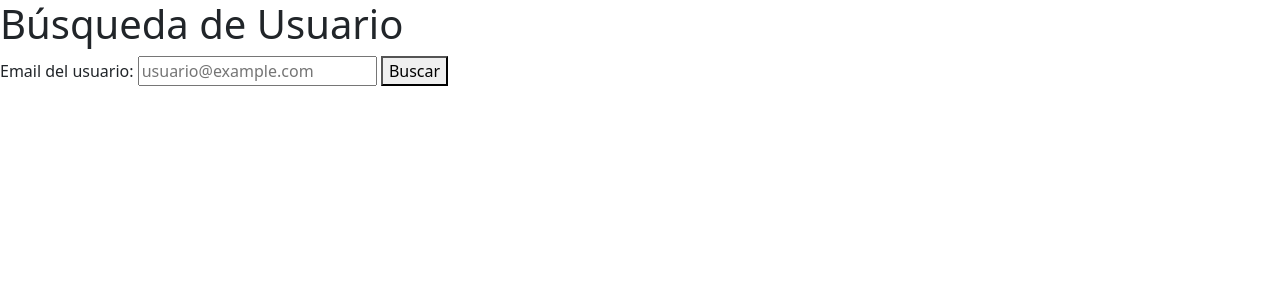
Repository: osoriomrs/DWEC
Page: EJER_12/EJER_02/index.html
An editor plug-in stored every save of this project. The page is shown before and after the next save, followed by the edit.
The browser window is 1280 px wide. The pictures show the whole page.

Above is the page before, as saved 2026-01-14 11:07:39.

### EJER_12/EJER_02/index.html
<!DOCTYPE html>
<html lang="es">
<head>
  <meta charset="UTF-8">
  <meta name="viewport" content="width=device-width, initial-scale=1.0">
  <title>Búsqueda de Usuario y Pedidos</title>
  <link href="https://cdn.jsdelivr.net/npm/bootstrap@5.3.2/dist/css/bootstrap.min.css" rel="stylesheet">
</head>
<body>
  <h1>Búsqueda de Usuario</h1>

  <form id="formBusqueda">
    <label>Email del usuario:</label>
    <input type="text" id="emailInput" placeholder="usuario@example.com">
    <button type="submit">Buscar</button>
  </form>

  <p id="estado"></p>
  <div id="resultados"></div>

  <script src="scripts/app.js"></script>
</body>
</html>

### EJER_12/EJER_02/scripts/app.js
const form = document.getElementById("formBusqueda");
const emailInput = document.getElementById("emailInput");
const resultados = document.getElementById("resultados");
const estado = document.getElementById("estado");

form.addEventListener("submit", async e => {
  e.preventDefault();
  resultados.innerHTML = "";
  estado.textContent = "Buscando...";

  const email = emailInput.value.trim();
  if (!email || !email.includes("@")) {
    estado.textContent = "Email no válido";
    return;
  }

  try {
    const resUsuarios = await fetch("data/usuarios.json");
    const usuarios = await resUsuarios.json();
    const usuario = usuarios.find(u => u.email === email);

    if (!usuario) {
      estado.textContent = "Usuario no encontrado";
      return;
    }

    const resPedidos = await fetch("data/pedidos.json");
    const pedidos = await resPedidos.json();
    const pedidosUsuario = pedidos.filter(p => p.usuarioId === usuario.id);

    estado.textContent = "";

    let html = `
      <h3>${usuario.nombre}</h3>
      <p>Fecha registro: ${usuario.fechaRegistro}</p>
      <h4>Pedidos</h4>
    `;

    if (pedidosUsuario.length === 0) {
      html += "<p>Este usuario no tiene pedidos</p>";
    } else {
      html += "<ul>";
      pedidosUsuario.forEach(p => {
        html += `<li>Pedido ${p.id} - ${p.fecha} - ${p.estado}</li>`;
      });
      html += "</ul>";
    }

    resultados.innerHTML = html;
  } catch {
    estado.textContent = "Error al cargar datos";
  }
});

After the next save:
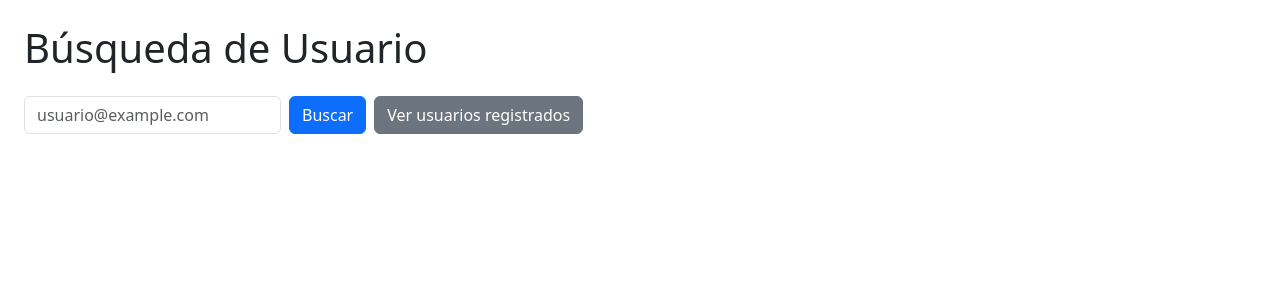
Saved 6 days later.
--- a/EJER_12/EJER_02/index.html
+++ b/EJER_12/EJER_02/index.html
@@ -6,16 +6,23 @@
   <title>Búsqueda de Usuario y Pedidos</title>
   <link href="https://cdn.jsdelivr.net/npm/bootstrap@5.3.2/dist/css/bootstrap.min.css" rel="stylesheet">
 </head>
-<body>
-  <h1>Búsqueda de Usuario</h1>
+<body class="p-4">
 
-  <form id="formBusqueda">
-    <label>Email del usuario:</label>
-    <input type="text" id="emailInput" placeholder="usuario@example.com">
-    <button type="submit">Buscar</button>
+  <h1 class="mb-4">Búsqueda de Usuario</h1>
+
+  <form id="formBusqueda" class="mb-3 row g-2">
+    <div class="col-auto">
+      <input type="text" id="emailInput" class="form-control" placeholder="usuario@example.com">
+    </div>
+    <div class="col-auto">
+      <button type="submit" class="btn btn-primary">Buscar</button>
+    </div>
+    <div class="col-auto">
+      <button type="button" id="btnUsuarios" class="btn btn-secondary">Ver usuarios registrados</button>
+    </div>
   </form>
 
-  <p id="estado"></p>
+  <p id="estado" class="fw-bold"></p>
   <div id="resultados"></div>
 
   <script src="scripts/app.js"></script>
